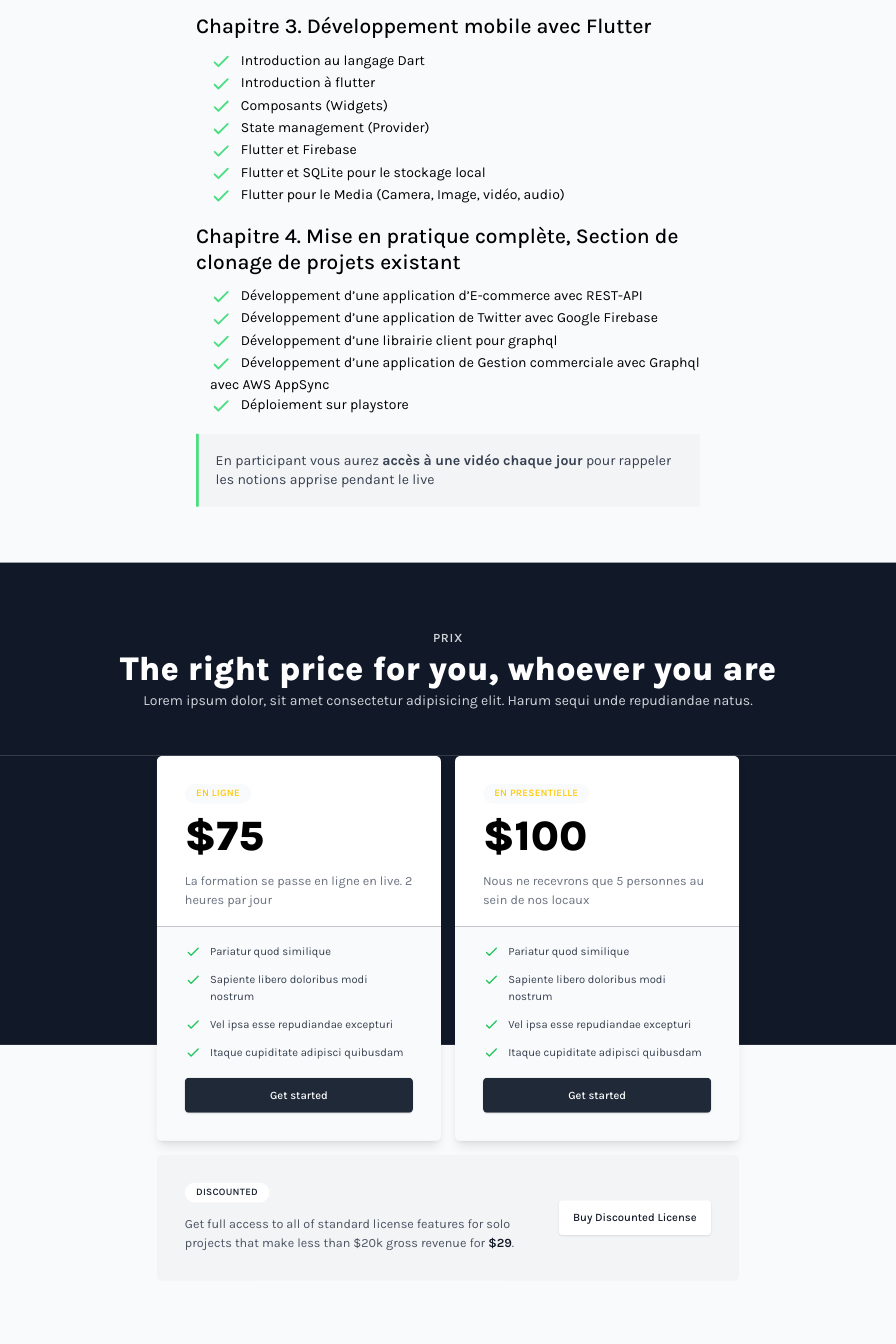
Repository: alfredlwanzo/course
Page: /
These files come from the project's save history. The page is drawn as it stood at one moment and after the next save; the edit follows.
The browser window is 1280 px wide. The pictures show the part of the page from y = 1684 to 3604 px (the page is 3650 px tall), at 70% of full size.
The project was rebuilt for these pictures with package versions that can differ from the ones it lists, and the page was loaded fresh each time. The framework's server and built-in components were replaced by stand-ins that run in the browser. Also part of the build but not shown: next.config.js.

Above is the page before, as saved 2022-08-09 12:57:27.

### pages/_app.tsx
import '../src/styles/globals.css'
import type { AppProps } from 'next/app'

function MyApp({ Component, pageProps }: AppProps) {
  return <Component {...pageProps} />
}

export default MyApp

### pages/_document.tsx
import NextDocument, { Html, Head, Main, NextScript } from "next/document";

type Props = {};

class MyDocument extends NextDocument<Props> {
  render() {
    return (
      <Html>
        <Head>
          <link rel="manifest" href="/manifest.json" />
          <link rel="apple-touch-icon" href="/icon.png"></link>
          <meta name="theme-color" content="#FFCB08" />
          <link rel="icon" href="/favicon.ico" />
        </Head>
        <body>
          <Main />
          <NextScript />
        </body>
      </Html>
    );
  }
}

export default MyDocument;

### pages/index.tsx
import Footer from '@src/components/Footers/Footer'
import ContentSection from '@src/components/sections/Content'
import HomeSection from '@src/components/sections/Home'
import PricingSection from '@src/components/sections/Pricing'
import type { NextPage } from 'next'
import Head from 'next/head'
import Image from 'next/image'


const Home: NextPage = () => {
  return (
    <div className="">
      <Head>
        <title>Innov | Bootcamp pour devenir fullStack developpeur</title>
        <meta name="description" content="Generated by create next app" />
        <link rel="icon" href="/favicon.ico" />
      </Head>

      <main className="">
       <section className="bg-primary pt-28 pb-14 md:pb-28">
        {/* section Home */}
        <HomeSection/>
       </section>

       {/* section content */}
       <section className="py-6 md:py-20">
        <ContentSection/>
       </section>
       {/* Section pricing */}
       <section>
        <PricingSection/>
       </section>
      </main>

      <Footer/>
    </div>
  )
}

export default Home

### src/styles/globals.css

/* Fonts: Comfortaa & Karla */
@import url('https://fonts.googleapis.com/css2?family=Comfortaa:wght@300;400;500;600;700&display=swap');
@import url('https://fonts.googleapis.com/css2?family=Karla:ital,wght@0,200;0,300;0,400;0,500;0,600;0,700;0,800;1,200;1,300;1,400;1,500;1,600;1,700;1,800&display=swap');

/* tailwind */
@tailwind base;
@tailwind components;
@tailwind utilities;


html,
body {
  padding: 0;
  margin: 0;
  @apply bg-gray-50;
  font-family: 'Karla', sans-serif;
}

a {
  color: inherit;
  text-decoration: none;
}

* {
  box-sizing: border-box;
}

### src/components/Footers/Footer.tsx
import React from 'react'
import Copyright from './Copyright'


const Footer = () => {
  return (
    <div className='bg-gray-900'>
        <Copyright/>
    </div>
  )
}

export default Footer

### src/components/sections/Content.tsx
import React from "react";
import { CheckIcon } from "@heroicons/react/outline";

const ContentSection = () => {
  return (
    <article className="max-w-3xl mx-auto px-3 sm:px-6">
      <blockquote className="bg-gray-900 border-l-8 border-l-primary text-gray-100 p-4">
        <h6 className="text-primary text-3xl">Contenu</h6>
        Nous avons mis du temps pour préparer ce contenue riche, nous allons une approche de rentre de notion complexe, facile à comprendre. Nous voulons qu’une personne après avoir participer à cette formation de Full-stack developer, soit capable de produire une application de A à Z sans beaucoup de difficultés. Notre Objectif est de créer de meilleurs développeurs Full-stack indépendant.
      </blockquote>
      {/* Chapter 1 */}
      <div className="mt-6">
        <h2 className="text-3xl font-medium">
          Chapitre 1. Développer des API pour votre application avec Nodejs
        </h2>
        <ul className="list-inside pl-5 mt-4">
          <li className="text-xl ">
            <CheckIcon className="inline-block h-8 w-8 mr-3 text-green-400" />
            Introduction général à nodejs
          </li>
          <li className="text-xl ">
            <CheckIcon className="inline-block h-8 w-8 mr-3 text-green-400" />
            Structure de contrôle
          </li>
          <li className="text-xl ">
            <CheckIcon className="inline-block h-8 w-8 mr-3 text-green-400" />
            Structure de données
          </li>
          <li className="text-xl ">
            <CheckIcon className="inline-block h-8 w-8 mr-3 text-green-400" />
            Introduction à Express.js
          </li>
          <li className="text-xl ">
            <CheckIcon className="inline-block h-8 w-8 mr-3 text-green-400" />
            Premier API REST avec Express
          </li>
          <li className="text-xl ">
            <CheckIcon className="inline-block h-8 w-8 mr-3 text-green-400" />
            Notion sur Mongodb
          </li>
          <li className="text-xl ">
            <CheckIcon className="inline-block h-8 w-8 mr-3 text-green-400" />
            Express et Mongodb + Prisma
          </li>
          <li className="text-xl ">
            <CheckIcon className="inline-block h-8 w-8 mr-3 text-green-400" />
            Notion sur le Graphql
          </li>
          <li className="text-xl ">
            <CheckIcon className="inline-block h-8 w-8 mr-3 text-green-400" />
            Apollo-graphql + mongoose
          </li>
        </ul>
      </div>
      {/* Chapitre 2 */}
      <div className="mt-6">
        <h2 className="text-3xl font-medium">
          Chapitre 2. Mise en pratique de développement serveur
        </h2>
        <ul className="list-inside pl-5 mt-4 ">
          <li className="text-xl ">
            <CheckIcon className="inline-block h-8 w-8 mr-3 text-green-400" />
            REST-API d’E-commerce avec express et mongodb
          </li>
          <li className="text-xl ">
            <CheckIcon className="inline-block h-8 w-8 mr-3 text-green-400" />
            Graphql-API d’application de gestion avec apollo-server et mongodb
          </li>
          <li className="text-xl ">
            <CheckIcon className="inline-block h-8 w-8 mr-3 text-green-400" />
            Dockerfile
          </li>
          <li className="text-xl ">
            <CheckIcon className="inline-block h-8 w-8 mr-3 text-green-400" />
            Déploiement sur Google cloud Run
          </li>
        </ul>
      </div>
      {/* Chapitre 3 */}
      <div className="mt-6">
        <h2 className="text-3xl font-medium">
          Chapitre 3. Développement mobile avec Flutter
        </h2>
        <ul className="list-inside pl-5 mt-4 ">
          <li className="text-xl ">
            <CheckIcon className="inline-block h-8 w-8 mr-3 text-green-400" />
            Introduction au langage Dart
          </li>
          <li className="text-xl ">
            <CheckIcon className="inline-block h-8 w-8 mr-3 text-green-400" />
            Introduction à flutter
          </li>
          <li className="text-xl ">
            <CheckIcon className="inline-block h-8 w-8 mr-3 text-green-400" />
            Composants (Widgets)
          </li>
          <li className="text-xl ">
            <CheckIcon className="inline-block h-8 w-8 mr-3 text-green-400" />
            State management (Provider)
          </li>
          <li className="text-xl ">
            <CheckIcon className="inline-block h-8 w-8 mr-3 text-green-400" />
            Flutter et Firebase
          </li>
          <li className="text-xl ">
            <CheckIcon className="inline-block h-8 w-8 mr-3 text-green-400" />
            Flutter et SQLite pour le stockage local
          </li>
          <li className="text-xl ">
            <CheckIcon className="inline-block h-8 w-8 mr-3 text-green-400" />
            Flutter pour le Media (Camera, Image, vidéo, audio)
          </li>
        </ul>
      </div>
       {/* Chapitre 4 */}
       <div className="mt-6">
        <h2 className="text-3xl font-medium">
          Chapitre 4. Mise en pratique complète, Section de clonage de projets existant
        </h2>
        <ul className="list-inside pl-5 mt-4 ">
          <li className="text-xl ">
            <CheckIcon className="inline-block h-8 w-8 mr-3 text-green-400" />
            Développement d’une application d’E-commerce avec REST-API
          </li>
          <li className="text-xl ">
            <CheckIcon className="inline-block h-8 w-8 mr-3 text-green-400" />
            Développement d’une application de Twitter avec Google Firebase
          </li>
          <li className="text-xl ">
            <CheckIcon className="inline-block h-8 w-8 mr-3 text-green-400" />
            Développement d’une librairie client pour graphql
          </li>
          <li className="text-xl ">
            <CheckIcon className="inline-block h-8 w-8 mr-3 text-green-400" />
            Développement d’une application de Gestion commerciale avec Graphql avec AWS AppSync
          </li>
          <li className="text-xl ">
            <CheckIcon className="inline-block h-8 w-8 mr-3 text-green-400" />
            Déploiement sur playstore
          </li>
        </ul>
      </div>
      <blockquote className="border-l-4 border-l-green-400 p-6 mt-6 bg-gray-100 text-xl text-gray-700">
        En participant vous aurez <span className="font-bold">accès à une vidéo chaque jour</span> pour rappeler les notions apprise pendant le live
      </blockquote>
    </article>
  );
};

export default ContentSection;

### src/components/sections/Home.tsx
import React from "react";
import SubscribeButton from "../buttons/SubscribeButton";
import PairProgramming from "../icons/PairProgramming";

const HomeSection = () => {
  return (
    <div className="max-w-7xl mx-auto px-3 sm:px-6">
      <div className="grid md:grid-cols-2 gap-10 lg:gap-0">
        <div>
          <div className="bg-gray-700 bg-opacity-40 w-max py-1 px-3 rounded-full">
            <h6 className="font-bold text-primary">
              Du 1 septembre au 25 octobre 2022.
            </h6>
          </div>
          <h1 className="text-5xl md:text-6xl text-gray-900 font-extrabold uppercase mt-2">
            Bootcamp pour devenir full-stack developpeur
          </h1>
          <p className="text-xl mt-2 text-gray-900">
            Ce bootcamp est une machine pour vous transformer en un développeur
            Full-Stack. Vous allez apprendre plusieurs notions difficiles à
            trouver dans nos universités. Avec 6 projets réels à développer,
            nous espèrons que vous allez aimer l’aventure.{" "}
            <span className="font-comfortaa font-bold">Innov</span> (notre
            équipe) prépare les séances avec totale concentration, dans le but
            de vous fournir du contenu riche et surtout simple à comprendre.
          </p>
          <div className="hidden md:block mt-9">
            <SubscribeButton />
          </div>
        </div>
        <div className="flex flex-col items-center justify-center">
          <PairProgramming className="w-auto h-52 md:h-80 -bottom-10" />
          <div className="block md:hidden mt-12">
            <SubscribeButton />
          </div>
        </div>
      </div>
    </div>
  );
};

export default HomeSection;

### src/components/sections/Pricing.tsx
import { CheckIcon } from '@heroicons/react/outline'

const tiers = [
  {
    name: 'En ligne',
    href: '#',
    price: 75,
    description: "La formation se passe en ligne en live.  2 heures par jour",
    features: [
      'Pariatur quod similique',
      'Sapiente libero doloribus modi nostrum',
      'Vel ipsa esse repudiandae excepturi',
      'Itaque cupiditate adipisci quibusdam',
    ],
  },
  {
    name: 'En presentielle',
    href: '#',
    price: 100,
    description: 'Nous ne recevrons que 5 personnes au sein de nos locaux',
    features: [
      'Pariatur quod similique',
      'Sapiente libero doloribus modi nostrum',
      'Vel ipsa esse repudiandae excepturi',
      'Itaque cupiditate adipisci quibusdam',
    ],
  },
]

export default function PricingSection() {
  return (
    <div className="bg-gray-900">
      <div className="pt-12 sm:pt-16 lg:pt-24">
        <div className="max-w-7xl mx-auto text-center px-4 sm:px-6 lg:px-8">
          <div className="max-w-3xl mx-auto space-y-2 lg:max-w-none">
            <h2 className="text-lg leading-6 font-semibold text-gray-300 uppercase tracking-wider">Prix</h2>
            <p className="text-3xl font-extrabold text-white sm:text-4xl lg:text-5xl">
              The right price for you, whoever you are
            </p>
            <p className="text-xl text-gray-300">
              Lorem ipsum dolor, sit amet consectetur adipisicing elit. Harum sequi unde repudiandae natus.
            </p>
          </div>
        </div>
      </div>
      <div className="mt-8 pb-12 bg-gray-50 sm:mt-12 sm:pb-16 lg:mt-16 lg:pb-24">
        <div className="relative">
          <div className="absolute inset-0 h-3/4 bg-gray-900" />
          <div className="relative z-10 max-w-4xl mx-auto px-4 sm:px-6 lg:px-8">
            <div className="max-w-md mx-auto space-y-4 lg:max-w-5xl lg:grid lg:grid-cols-2 lg:gap-5 lg:space-y-0">
              {tiers.map((tier) => (
                <div key={tier.name} className="flex flex-col rounded-lg shadow-lg overflow-hidden">
                  <div className="px-6 py-8 bg-white sm:p-10 sm:pb-6">
                    <div>
                      <h3
                        className="inline-flex px-4 py-1 rounded-full text-sm font-semibold tracking-wide uppercase bg-gray-50 text-primary"
                        id="tier-standard"
                      >
                        {tier.name}
                      </h3>
                    </div>
                    <div className="mt-4 flex items-baseline text-6xl font-extrabold">
                      ${tier.price}
                    </div>
                    <p className="mt-5 text-lg text-gray-500">{tier.description}</p>
                  </div>
                  <div className="flex-1 flex flex-col justify-between px-6 pt-6 pb-8 bg-gray-50 space-y-6 sm:p-10 sm:pt-6">
                    <ul role="list" className="space-y-4">
                      {tier.features.map((feature) => (
                        <li key={feature} className="flex items-start">
                          <div className="flex-shrink-0">
                            <CheckIcon className="h-6 w-6 text-green-500" aria-hidden="true" />
                          </div>
                          <p className="ml-3 text-base text-gray-700">{feature}</p>
                        </li>
                      ))}
                    </ul>
                    <div className="rounded-md shadow">
                      <a
                        href={tier.href}
                        className="flex items-center justify-center px-5 py-3 border border-transparent text-base font-medium rounded-md text-white bg-gray-800 hover:bg-gray-900"
                        aria-describedby="tier-standard"
                      >
                        Get started
                      </a>
                    </div>
                  </div>
                </div>
              ))}
            </div>
          </div>
        </div>
        <div className="mt-4 relative max-w-4xl mx-auto px-4 sm:px-6 lg:px-8 lg:mt-5">
          <div className="max-w-md mx-auto lg:max-w-5xl">
            <div className="rounded-lg bg-gray-100 px-6 py-8 sm:p-10 lg:flex lg:items-center">
              <div className="flex-1">
                <div>
                  <h3 className="inline-flex px-4 py-1 rounded-full text-sm font-semibold tracking-wide uppercase bg-white text-gray-800">
                    Discounted
                  </h3>
                </div>
                <div className="mt-4 text-lg text-gray-600">
                  Get full access to all of standard license features for solo projects that make less than $20k gross
                  revenue for <span className="font-semibold text-gray-900">$29</span>.
                </div>
              </div>
              <div className="mt-6 rounded-md shadow lg:mt-0 lg:ml-10 lg:flex-shrink-0">
                <a
                  href="#"
                  className="flex items-center justify-center px-5 py-3 border border-transparent text-base font-medium rounded-md text-gray-900 bg-white hover:bg-gray-50"
                >
                  Buy Discounted License
                </a>
              </div>
            </div>
          </div>
        </div>
      </div>
    </div>
  )
}

### src/components/Footers/Copyright.tsx
import React from 'react'

const Copyright = () => {
  return (
    <div className='max-w-7xl mx-auto px-3 sm:px-6" py-3 text-gray-200 '>
        <p className='text-xs'>© 2022 InnovToast. Tous droits réservés.</p>
    </div>
  )
}

export default Copyright

### src/components/buttons/SubscribeButton.tsx
import React from "react";

const SubscribeButton = () => {
  return (
    <a
      href="https://wa.me/+243978154329"
      target="_blank"
      rel="noreferrer"
      className="bg-black text-primary py-4 px-10 text-xl font-semibold rounded-full border-4 border-gray-800 hover:bg-opacity-95 hover:border-gray-900"
    >
      Inscrivez-vous!
    </a>
  );
};

export default SubscribeButton;

Loaded but not shown: tailwind.config.js (18 lines, source omitted); src/components/icons/PairProgramming.tsx (865 lines, source omitted)

After the next save:
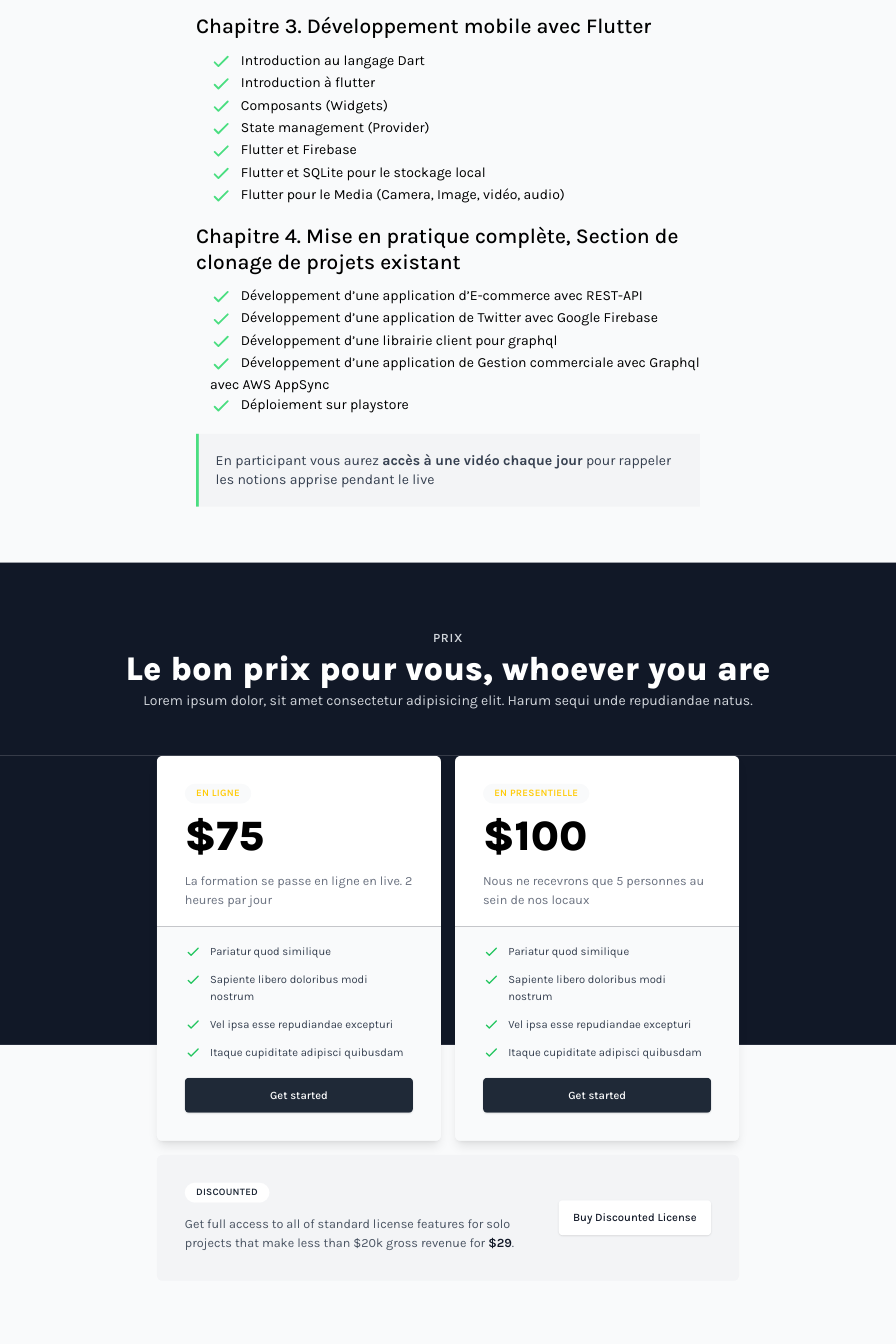
Saved 87 s later.
--- a/src/components/sections/Pricing.tsx
+++ b/src/components/sections/Pricing.tsx
@@ -35,7 +35,7 @@
           <div className="max-w-3xl mx-auto space-y-2 lg:max-w-none">
             <h2 className="text-lg leading-6 font-semibold text-gray-300 uppercase tracking-wider">Prix</h2>
             <p className="text-3xl font-extrabold text-white sm:text-4xl lg:text-5xl">
-              The right price for you, whoever you are
+            Le bon prix pour vous, whoever you are
             </p>
             <p className="text-xl text-gray-300">
               Lorem ipsum dolor, sit amet consectetur adipisicing elit. Harum sequi unde repudiandae natus.
